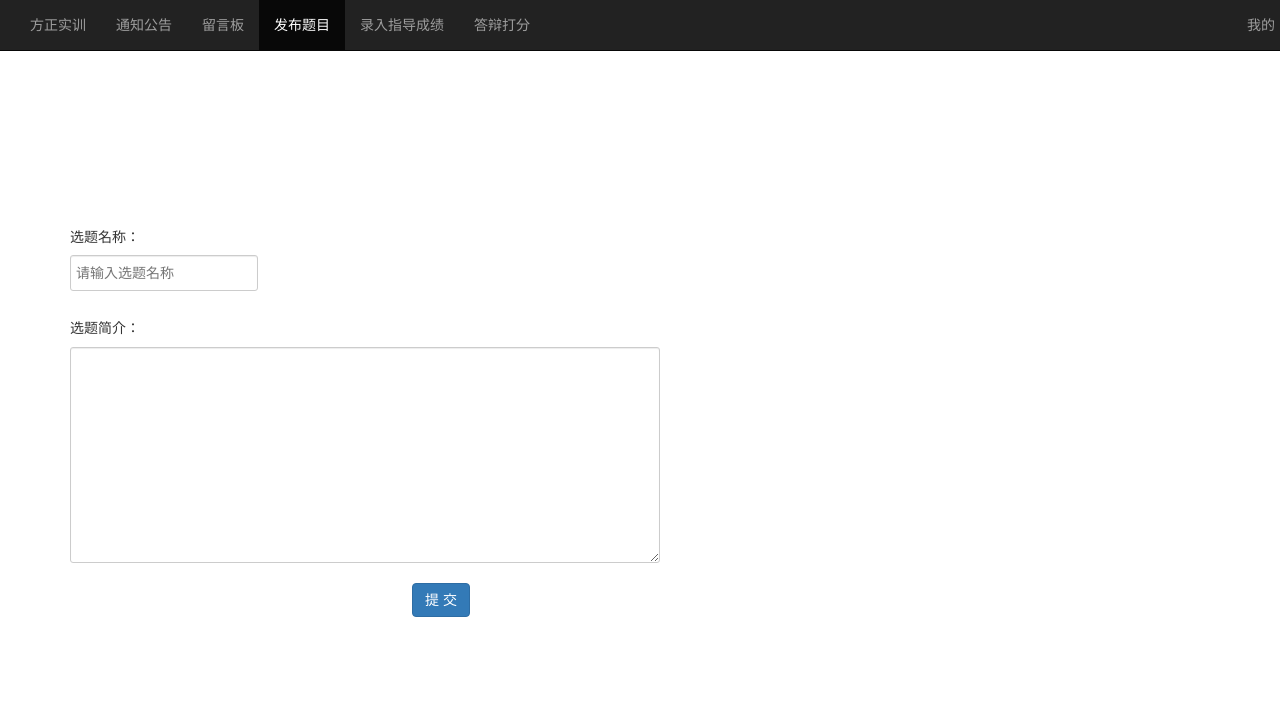
Repository: Kong-T/Practical-training
Page: Teacher/html/topicRelease.html
The author's editor kept a copy of each file at every save. The page is drawn from the files as they stood at one save, then again after the next save.
The browser window is 1280 px wide. The pictures show the whole page.
Some web libraries are served in a nearby version.

Above is the page before, as saved 2020-12-14 20:18:56.
Console error: SyntaxError: Unexpected token '<'

### Teacher/html/topicRelease.html
<html>

<head>
  <meta charset="utf-8">
  <title>教师发布题目</title>
  <link rel="stylesheet" type="text/css" href="../css/topicRelease.css">
  <link rel="stylesheet" type="text/css" href="../../Student/css/StuNav.css">
  <link rel="stylesheet" href="https://cdn.staticfile.org/twitter-bootstrap/3.3.7/css/bootstrap.min.css">
  <script src="https://cdn.staticfile.org/jquery/2.1.1/jquery.min.js"></script>
  <script src="https://cdn.staticfile.org/twitter-bootstrap/3.3.7/js/bootstrap.min.js"></script>
  <!-- <script src="guide_grade.js"></script> -->
  <script type="text/javascript">
  <scrip src="D:\Practical-training-2\Teacher\JS\Tnotice.js"></scrip>
  function topic_release() {
     var name = $("#topicname").val();                     //选题名
     var intro = $("#topicintro").val();                     //选题简介
     console.log("上传的选题"+name);
     console.log("上传的详细信息"+intro);
     $.ajax({
         type:"POST",
         url:"http://localhost:8080/topicRelease",
         data:JSON.stringify({"name":name,"intro":intro}), //将JSON对象转为字符串
         dataType:"JSON",
         contentType:"application/json",
         async:'true',

 beforeSend: function(XMLHttpRequest,settings){
   //ShowLoading();
   // console.log($.ajax.data);
     },
         success:function(data) {
          if(data == true){
                   alert("选题上传成功");}
         },
         error: function(){
   //请求出错处理
         console.log("选题上传失败");

 },

     })

 }
 </script>
</head>

<body>
  <div class = "tan"></div>
  <nav class="navbar navbar-inverse navbar-fixed-top" role="navigation">
    <div class="container-fluid">
      <div class="collapse navbar-collapse" id="example-navbar-collapse">
        <ul class="nav navbar-nav">
          <li><a class="icon-bar" href="#">方正实训</a>
          </li>
          <li><a href="Tnotice.html">通知公告</a>
          </li>
          <li><a href="TBord.html">留言板</a>
          </li>
          <li class="active"><a href="topicRelease.html">发布题目</a>
          </li>
          <li><a href="guide_grade.html" onclick="javascript:requestData()">录入指导成绩</a>
          </li>
          <li><a href="report_grade.html">答辩打分</a>
          </li>
        </ul>
        <ul class="nav navbar-nav navbar-right">
          <li class="nav-item dropdown">
            <a class="nav-link dropdown-toggle" href="..\usercenter\html\teacherCenter.html" id="navbarDropdown"
              role="button" data-toggle="dropdown" aria-haspopup="true" aria-expanded="false">我的</a>
          </li>
        </ul>
      </div>
    </div>
  </nav>
  <div class="container">
    <form action="" method="get">
      <h5>选题名称：</h5>
      <input type="text" id="topicname" placeholder="请输入选题名称" />
      <br>
      <br>
      <h5>选题简介：</h5>
      <textarea rows="10" cols="70" id='topicintro'></textarea>
      <br>
      <br>
      <button type="button" onclick = "topic_release()" class="btn btn-primary" style="margin-left: 30%;">提 交</button>
    </form>

  </div>
</body>

### Teacher/css/topicRelease.css
.body {
    padding:0px;
    text-align: center;
}
 /* 导航栏start */
/* Stackoverflow preview fix, please ignore */
.navbar {
    background-color: #ffffff;
  }
  .navbar-nav {
    flex-direction: column  ;
  }

  .nav-link {
    padding-right: .5rem !important;
    padding-left: .5rem !important;
  }

  /* Fixes dropdown menus placed on the right side */
  .ml-auto .dropdown-menu {
    left: auto !important;
    right: 0px;
  }
  /* 导航栏end */

.tan{
  height:5em;
}

.container {

  width:100%;
  /* margin:0 auto; */

  margin-top: 150px;

}
input{
    border: 1px solid #ccc;
    padding: 7px 0px;
    border-radius: 3px;
    padding-left:5px;
    -webkit-box-shadow: inset 0 1px 1px rgba(0,0,0,.075);
    box-shadow: inset 0 1px 1px rgba(0,0,0,.075);
    -webkit-transition: border-color ease-in-out .15s,-webkit-box-shadow ease-in-out .15s;
    -o-transition: border-color ease-in-out .15s,box-shadow ease-in-out .15s;
    transition: border-color ease-in-out .15s,box-shadow ease-in-out .15s
}
input:focus{
        border-color: #66afe9;
        outline: 0;
        -webkit-box-shadow: inset 0 1px 1px rgba(0,0,0,.075),0 0 8px rgba(102,175,233,.6);
        box-shadow: inset 0 1px 1px rgba(0,0,0,.075),0 0 8px rgba(102,175,233,.6)
}

textarea{
    border: 1px solid #ccc;
    padding: 7px 0px;
    border-radius: 3px;
    padding-left:5px;
    -webkit-box-shadow: inset 0 1px 1px rgba(0,0,0,.075);
    box-shadow: inset 0 1px 1px rgba(0,0,0,.075);
    -webkit-transition: border-color ease-in-out .15s,-webkit-box-shadow ease-in-out .15s;
    -o-transition: border-color ease-in-out .15s,box-shadow ease-in-out .15s;
    transition: border-color ease-in-out .15s,box-shadow ease-in-out .15s
}
textarea:focus{
        border-color: #66afe9;
        outline: 0;
        -webkit-box-shadow: inset 0 1px 1px rgba(0,0,0,.075),0 0 8px rgba(102,175,233,.6);
        box-shadow: inset 0 1px 1px rgba(0,0,0,.075),0 0 8px rgba(102,175,233,.6)
}

### Student/css/StuNav.css

/* 导航栏start */
/* Stackoverflow preview fix, please ignore */
.navbar {
    background-color: #ffffff;
  }
.navbar-nav {
    flex-direction: column  ;
  }

  .nav-link {
    padding-right: .5rem !important;
    padding-left: .5rem !important;
  }

  /* Fixes dropdown menus placed on the right side */
  .ml-auto .dropdown-menu {
    left: auto !important;
    right: 0px;
  }
/* 导航栏end */
body {
  height: 100%;
}

#page-content {
  flex: 1 0 auto;
  background: gray;
  background: linear-gradient(to right, hsl(210, 4%, 56%), #2b3135);
}

#sticky-footer {
  flex-shrink: none;
  background: #007bff;
  background: linear-gradient(to right, #0062E6, #33AEFF);
}

After the next save:
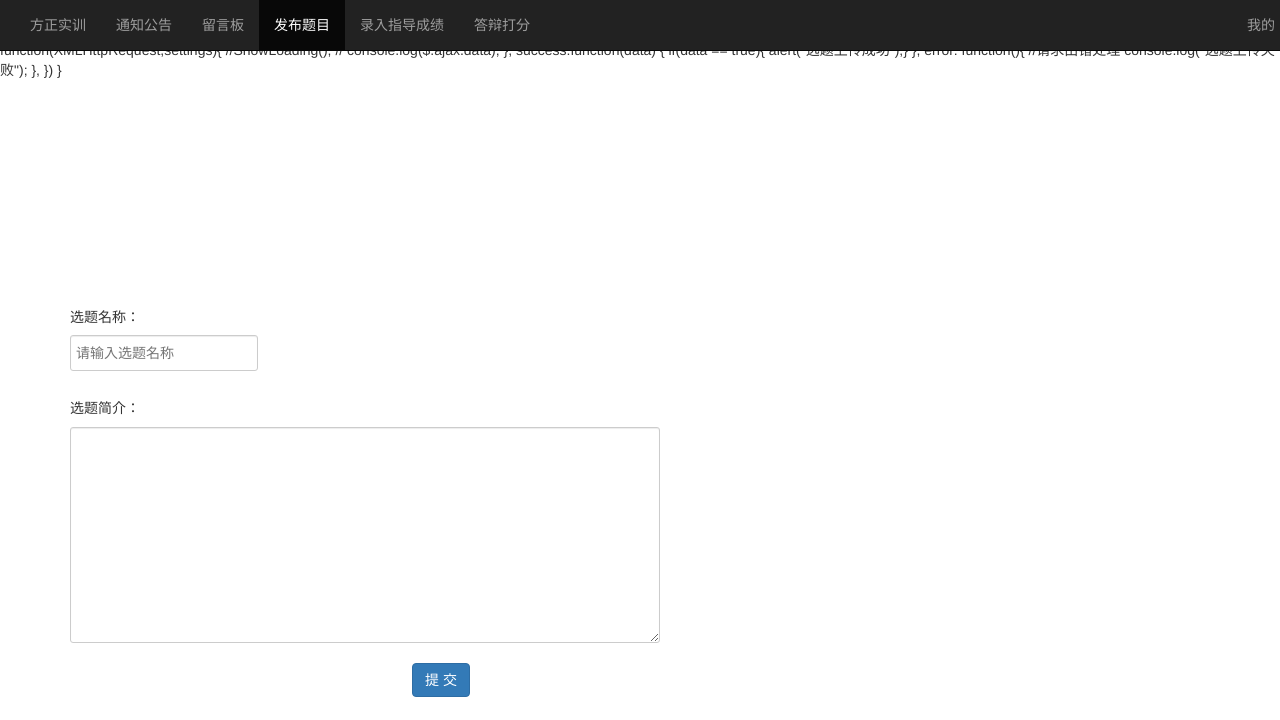
Saved 33 min 33 s later.
--- a/Teacher/html/topicRelease.html
+++ b/Teacher/html/topicRelease.html
@@ -10,7 +10,7 @@
   <script src="https://cdn.staticfile.org/twitter-bootstrap/3.3.7/js/bootstrap.min.js"></script>
   <!-- <script src="guide_grade.js"></script> -->
   <script type="text/javascript">
-  <scrip src="D:\Practical-training-2\Teacher\JS\Tnotice.js"></scrip>
+  <script src="D:\Practical-training-2\Teacher\JS\Tnotice.js"></script>
   function topic_release() {
      var name = $("#topicname").val();                     //选题名
      var intro = $("#topicintro").val();                     //选题简介

After the save that followed:
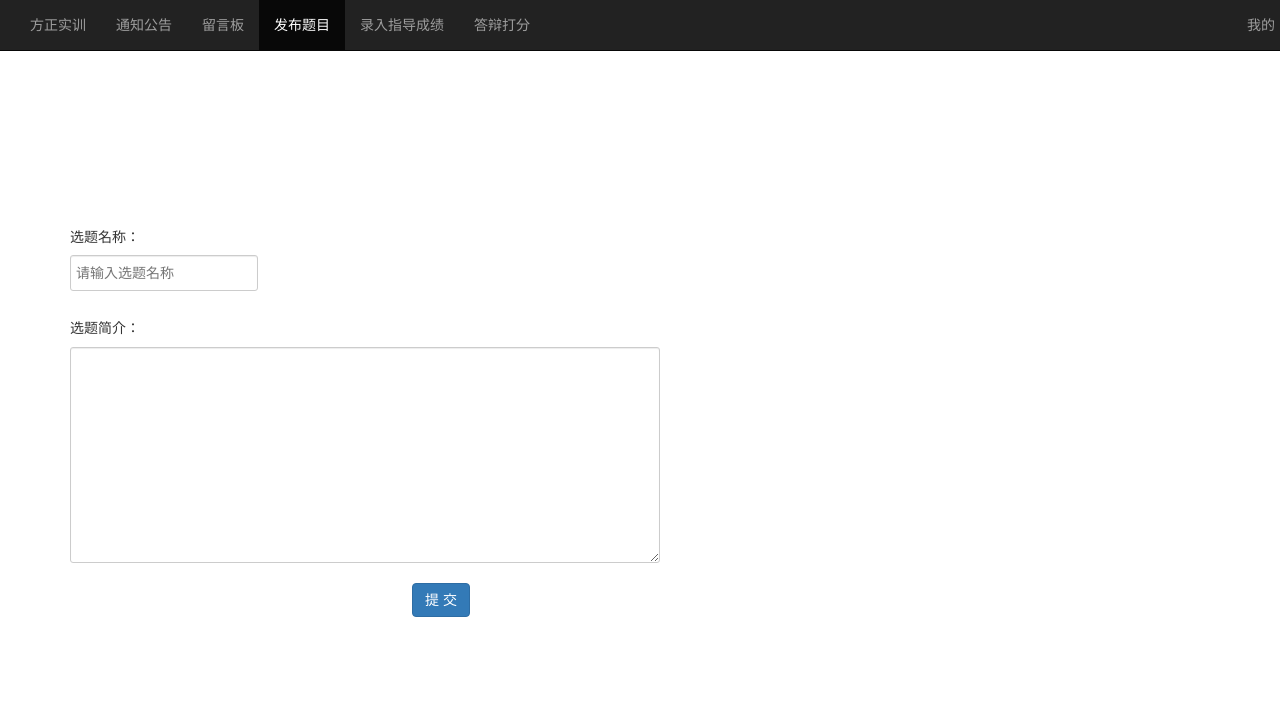
The error is gone.
Saved 18 s later.
--- a/Teacher/html/topicRelease.html
+++ b/Teacher/html/topicRelease.html
@@ -9,8 +9,9 @@
   <script src="https://cdn.staticfile.org/jquery/2.1.1/jquery.min.js"></script>
   <script src="https://cdn.staticfile.org/twitter-bootstrap/3.3.7/js/bootstrap.min.js"></script>
   <!-- <script src="guide_grade.js"></script> -->
-  <script type="text/javascript">
   <script src="D:\Practical-training-2\Teacher\JS\Tnotice.js"></script>
+
+ <script type="text/javascript">
   function topic_release() {
      var name = $("#topicname").val();                     //选题名
      var intro = $("#topicintro").val();                     //选题简介
